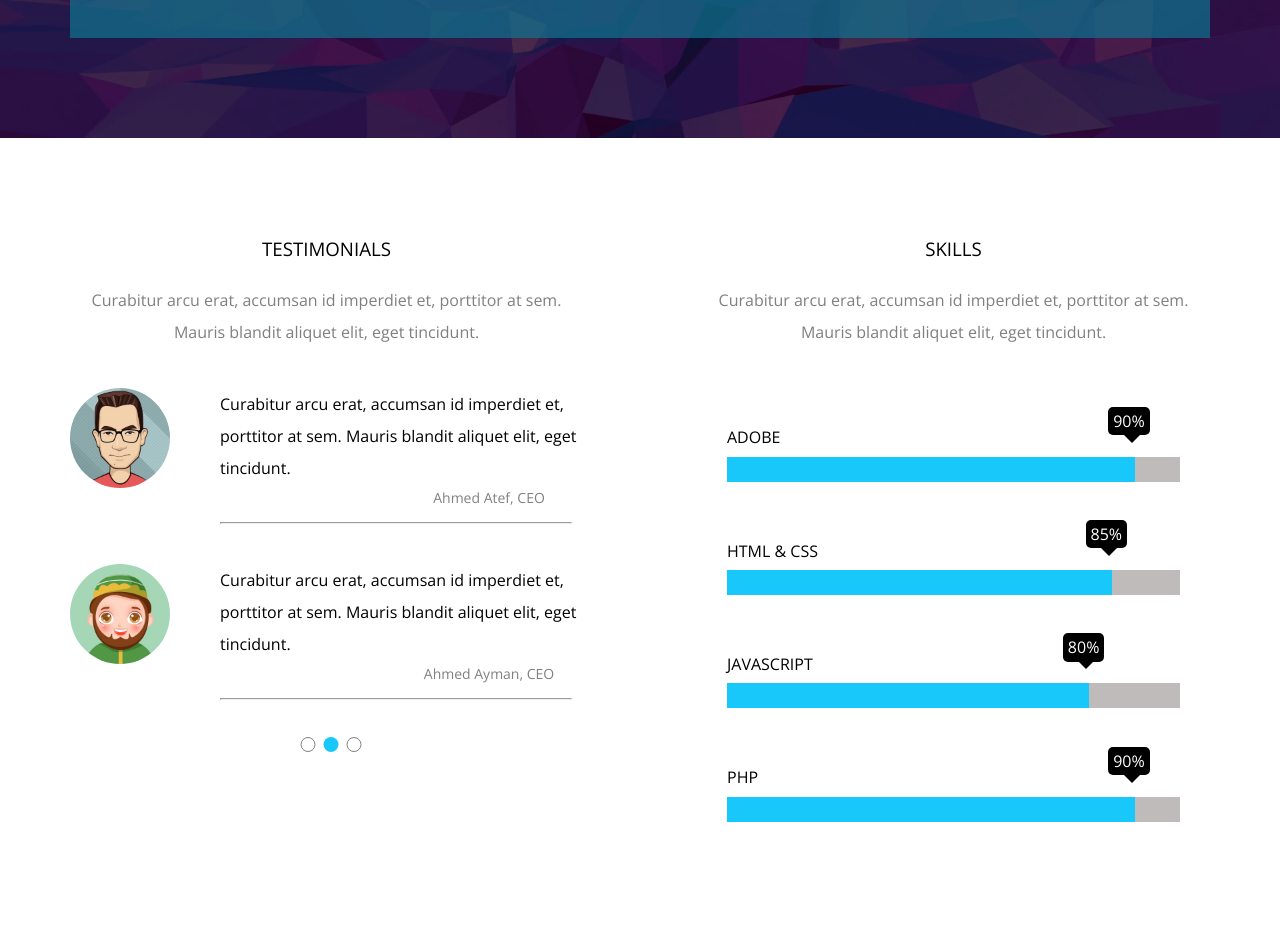
Repository: Ahmed123rezk123/Template_2
Page: index.html
These files come from the project's save history. The page is drawn as it stood at one moment and after the next save; the edit follows.
The browser window is 1280 px wide. The pictures show the part of the page from y = 4915 to 5867 px (the page is 5867 px tall).
A picture or video elsewhere on the page could not be fetched, so the positions and the page height are approximate. Some web fonts or font styles are not loaded; a fallback is used.

Above is the page before, as saved 2024-04-15 19:05:40.

After the next save:
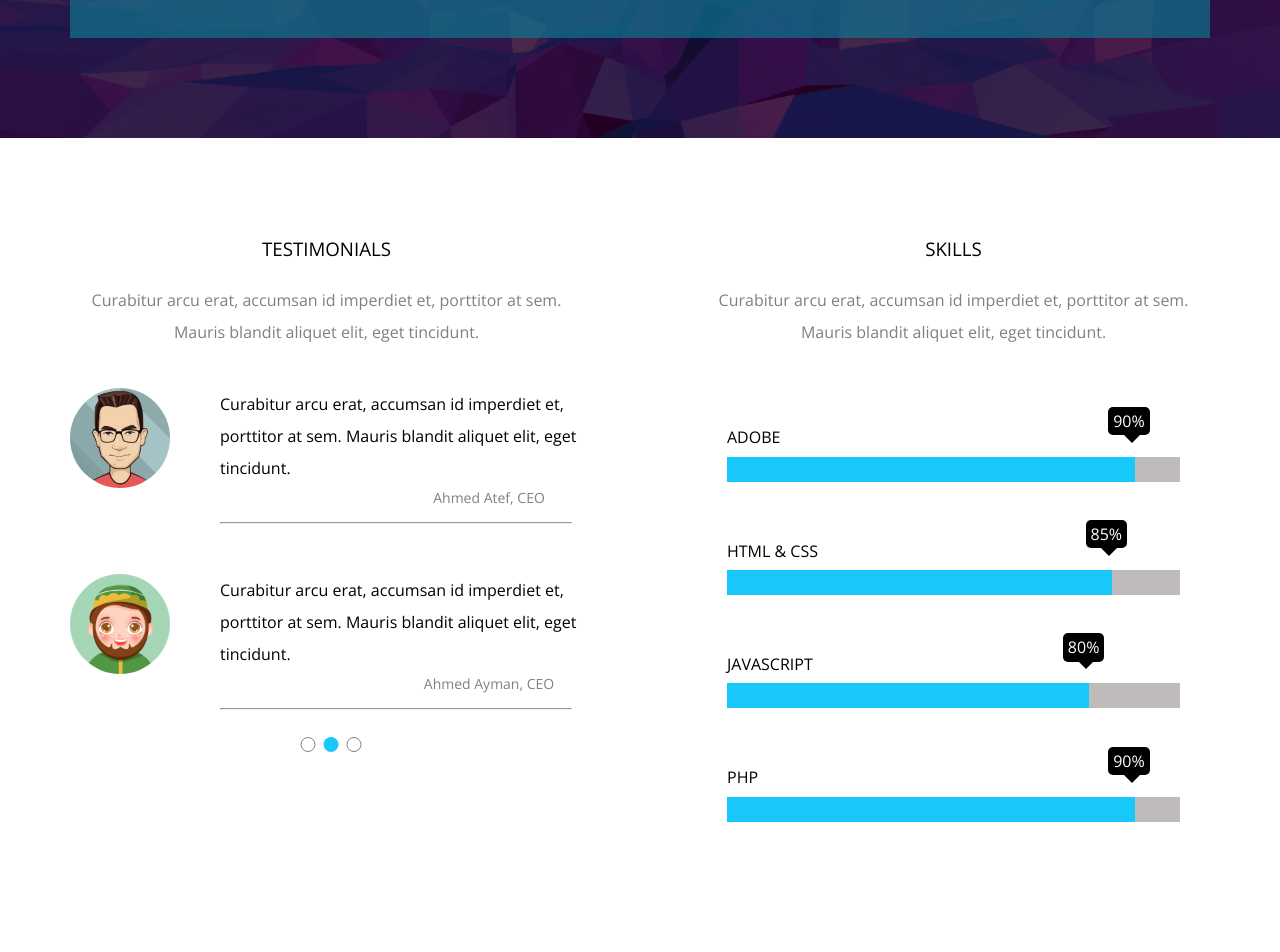
Saved 4 s later.
--- a/css/kasper.css
+++ b/css/kasper.css
@@ -715,7 +715,7 @@ margin-right: 50px;
 .our-skills .container .testimonial .box .text hr {
     color: gray;
     width: 350px;
-    /* margin-bottom: 10px; */
+    margin-bottom: 10px;
 }
 .our-skills .container .testimonial .bullets {
         position: absolute;
